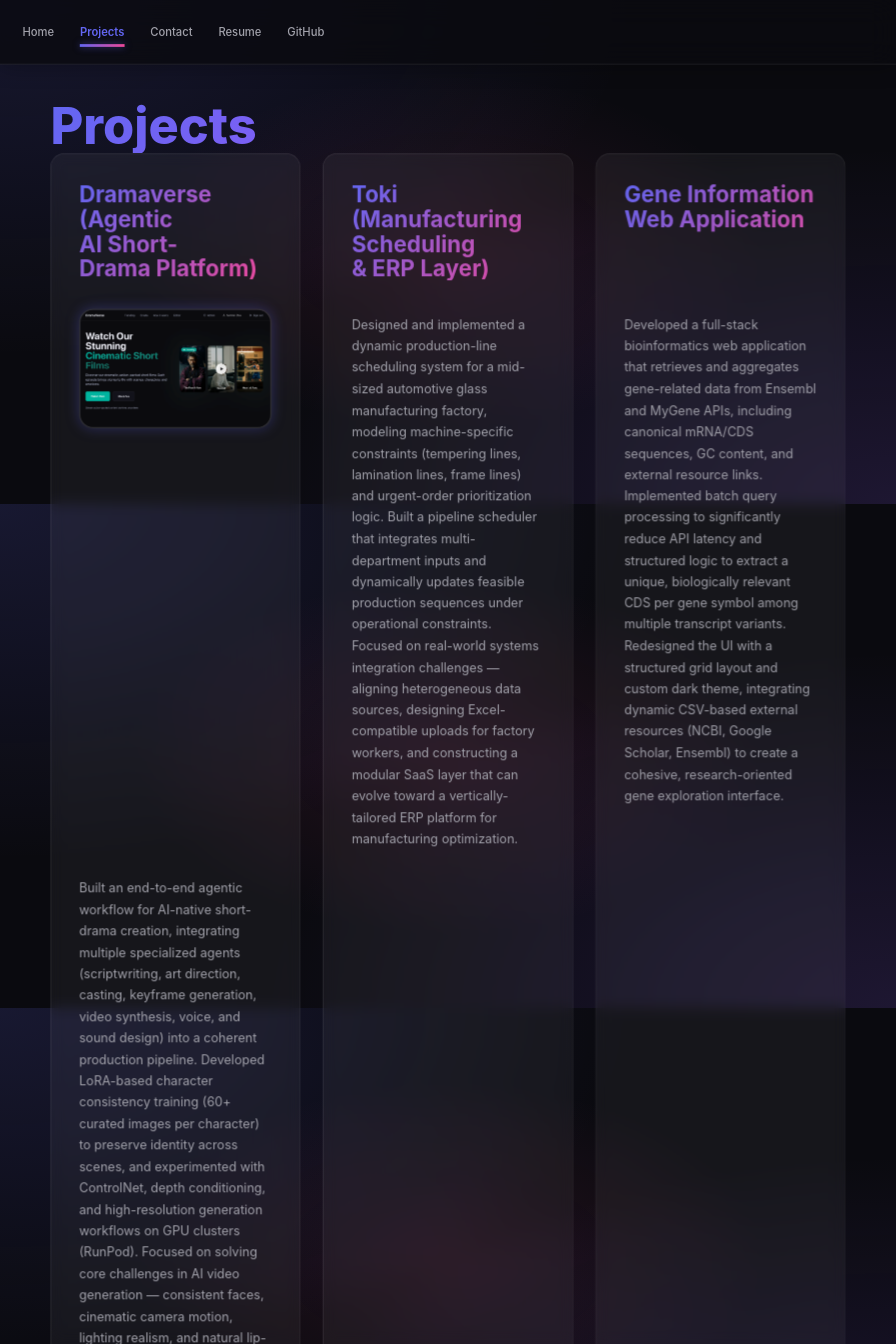
Repository: SummerZ27/personal-website
Page: projects/index.html
The author's editor kept a copy of each file at every save. The page is drawn from the files as they stood at one save, then again after the next save.
The browser window is 1280 px wide. The pictures show the part of the page from y = 0 to 1920 px (the page is 3231 px tall before and 3087 px after), at 70% of full size.
Backgrounds fixed to the window are drawn as part of the page.

Above is the page before, as saved 2026-02-13 13:38:49.

### projects/index.html
<!DOCTYPE html>
<html lang="en">
<head>
    <meta charset="UTF-8">
    <meta name="viewport" content="width=device-width, initial-scale=1.0">
    <title>Projects - Summer Zhou</title>
    <link rel="stylesheet" href="../style.css">
</head>
<body>
    <nav>
        <a href="../index.html">Home</a>
        <a href="index.html" class="current">Projects</a>
        <a href="../contact/index.html">Contact</a>
        <a href="../files/resume.pdf" target="_blank">Resume</a>
        <a href="https://github.com/SummerZ27" target="_blank">GitHub</a>
    </nav>

    <main>
        <h1>Projects</h1>

        <div class="projects">
        <section>
        <h2>Dramaverse (Agentic AI Short-Drama Platform)</h2>
        <img src="../images/dramaverse.png" alt="Dramaverse AI Short-Drama Platform interface">
        <p>Built an end-to-end agentic workflow for AI-native short-drama creation, integrating multiple specialized agents (scriptwriting, art direction, casting, keyframe generation, video synthesis, voice, and sound design) into a coherent production pipeline. Developed LoRA-based character consistency training (60+ curated images per character) to preserve identity across scenes, and experimented with ControlNet, depth conditioning, and high-resolution generation workflows on GPU clusters (RunPod). Focused on solving core challenges in AI video generation — consistent faces, cinematic camera motion, lighting realism, and natural lip-sync — aiming to move beyond "AI-slop" toward scalable, studio-quality storytelling.</p>
    </section>

    <section>
        <h2>Toki (Manufacturing Scheduling & ERP Layer)</h2>
        <p>Designed and implemented a dynamic production-line scheduling system for a mid-sized automotive glass manufacturing factory, modeling machine-specific constraints (tempering lines, lamination lines, frame lines) and urgent-order prioritization logic. Built a pipeline scheduler that integrates multi-department inputs and dynamically updates feasible production sequences under operational constraints. Focused on real-world systems integration challenges — aligning heterogeneous data sources, designing Excel-compatible uploads for factory workers, and constructing a modular SaaS layer that can evolve toward a vertically-tailored ERP platform for manufacturing optimization.</p>
    </section>

    <section>
        <h2>Gene Information Web Application</h2>
        <p>Developed a full-stack bioinformatics web application that retrieves and aggregates gene-related data from Ensembl and MyGene APIs, including canonical mRNA/CDS sequences, GC content, and external resource links. Implemented batch query processing to significantly reduce API latency and structured logic to extract a unique, biologically relevant CDS per gene symbol among multiple transcript variants. Redesigned the UI with a structured grid layout and custom dark theme, integrating dynamic CSV-based external resources (NCBI, Google Scholar, Ensembl) to create a cohesive, research-oriented gene exploration interface.</p>
    </section>

    <section>
        <h2>Time Series Forecasting via Modified Transformer Attention Mechanism</h2>
        <p>Conducted research on hierarchical revenue forecasting for a medical device company, replacing standard Transformer attention with a modified attention-on-attention mechanism to better capture multi-level temporal dependencies and cross-series coherence. Experimented with linear models, LSTMs, and baseline Transformers before introducing architectural changes that reweighted temporal features and enforced hierarchical consistency through customized loss functions (MSE, weighted aggregation loss). Evaluated performance across granular revenue levels, focusing on improving long-horizon forecast stability and ratio alignment across product hierarchies.</p>
    </section>
        </div>
    </main>
</body>
</html>

### style.css
/* Modern CSS Reset & Base Styles */
* {
    margin: 0;
    padding: 0;
    box-sizing: border-box;
}

:root {
    --primary-color: #6366f1;
    --secondary-color: #8b5cf6;
    --accent-color: #ec4899;
    --bg-dark: #0a0a0f;
    --bg-card: rgba(255, 255, 255, 0.05);
    --text-primary: #ffffff;
    --text-secondary: #a1a1aa;
    --border-color: rgba(255, 255, 255, 0.1);
    --shadow-glow: 0 0 20px rgba(99, 102, 241, 0.3);
}

body {
    font-family: -apple-system, BlinkMacSystemFont, 'Segoe UI', 'Roboto', 'Oxygen', 'Ubuntu', 'Cantarell', sans-serif;
    font-size: 18px;
    line-height: 1.7;
    color: var(--text-primary);
    background: var(--bg-dark);
    background-image:
        radial-gradient(at 0% 0%, rgba(99, 102, 241, 0.15) 0px, transparent 50%),
        radial-gradient(at 100% 100%, rgba(139, 92, 246, 0.15) 0px, transparent 50%),
        radial-gradient(at 50% 50%, rgba(236, 72, 153, 0.1) 0px, transparent 50%);
    background-attachment: fixed;
    min-height: 100vh;
    padding: 0;
    margin: 0;
    overflow-x: hidden;
    scroll-behavior: smooth;
}

/* Animated background particles effect */
body::before {
    content: '';
    position: fixed;
    top: 0;
    left: 0;
    width: 100%;
    height: 100%;
    background-image:
        radial-gradient(2px 2px at 20% 30%, rgba(99, 102, 241, 0.3), transparent),
        radial-gradient(2px 2px at 60% 70%, rgba(139, 92, 246, 0.3), transparent),
        radial-gradient(1px 1px at 50% 50%, rgba(236, 72, 153, 0.3), transparent),
        radial-gradient(1px 1px at 80% 10%, rgba(99, 102, 241, 0.2), transparent),
        radial-gradient(2px 2px at 90% 80%, rgba(139, 92, 246, 0.2), transparent);
    background-size: 200% 200%;
    animation: particleMove 20s ease-in-out infinite;
    pointer-events: none;
    z-index: 0;
    opacity: 0.6;
}

@keyframes particleMove {
    0%, 100% { background-position: 0% 0%, 100% 100%, 50% 50%, 80% 10%, 90% 80%; }
    50% { background-position: 100% 0%, 0% 100%, 50% 50%, 20% 90%, 10% 20%; }
}

/* Main content wrapper */
body > * {
    position: relative;
    z-index: 1;
}

/* Navigation Styles */
nav {
    background: rgba(10, 10, 15, 0.8);
    backdrop-filter: blur(20px);
    border-bottom: 1px solid var(--border-color);
    padding: 1.5rem 2rem;
    margin-bottom: 0;
    position: sticky;
    top: 0;
    z-index: 100;
    box-shadow: 0 4px 30px rgba(0, 0, 0, 0.3);
    max-width: 100%;
}

nav a {
    display: inline-block;
    margin-right: 2rem;
    text-decoration: none;
    color: var(--text-secondary);
    font-weight: 500;
    font-size: 1rem;
    position: relative;
    transition: all 0.3s ease;
    padding: 0.5rem 0;
}

nav a::after {
    content: '';
    position: absolute;
    bottom: 0;
    left: 0;
    width: 0;
    height: 2px;
    background: linear-gradient(90deg, var(--primary-color), var(--accent-color));
    transition: all 0.3s ease;
}

/* Current page styling */
nav a.current {
    color: var(--primary-color);
    font-weight: 600;
}

nav a.current::after {
    width: 100%;
    height: 4px;
    background: linear-gradient(90deg, var(--primary-color), var(--accent-color));
    box-shadow: 0 0 10px rgba(99, 102, 241, 0.5);
}

/* Hover effects for non-current links */
nav a:not(.current):hover {
    color: var(--text-primary);
    transform: translateY(-2px);
}

nav a:not(.current):hover::after {
    width: 100%;
    height: 3px;
    box-shadow: 0 0 8px rgba(99, 102, 241, 0.4);
}

/* Hover effect for current page (subtle) */
nav a.current:hover {
    color: var(--accent-color);
    transform: translateY(-1px);
}

nav a.current:hover::after {
    height: 4px;
    box-shadow: 0 0 15px rgba(236, 72, 153, 0.6);
}

/* Container */
main {
    max-width: 1200px;
    margin: 0 auto;
    padding: 3rem 2rem 2rem 2rem;
}

/* Header Section */
.header-section {
    display: flex;
    align-items: center;
    justify-content: space-between;
    gap: 2rem;
    margin-bottom: 2rem;
    flex-wrap: wrap;
}

/* Typography */
h1, h2, h3, h4, h5, h6 {
    line-height: 1.1;
    text-wrap: balance;
}

h1 {
    font-size: 400%;
    font-weight: 800;
    background: linear-gradient(135deg, var(--primary-color), var(--secondary-color), var(--accent-color));
    -webkit-background-clip: text;
    -webkit-text-fill-color: transparent;
    background-clip: text;
    margin-bottom: 0;
    animation: fadeInUp 0.8s ease;
    flex: 1;
    min-width: 300px;
}

h2 {
    font-size: 2rem;
    font-weight: 700;
    color: var(--text-primary);
    margin-bottom: 1rem;
    background: linear-gradient(135deg, var(--primary-color), var(--accent-color));
    -webkit-background-clip: text;
    -webkit-text-fill-color: transparent;
    background-clip: text;
}

h3 {
    font-size: 1.5rem;
    font-weight: 600;
    color: var(--text-primary);
    margin-bottom: 0.75rem;
}

p {
    color: var(--text-secondary);
    margin-bottom: 1.5rem;
    animation: fadeIn 1s ease;
}

/* Image Styles */
img {
    max-width: 100%;
    width: 100%;
    height: auto;
    border-radius: 20px;
    box-shadow: var(--shadow-glow);
    margin: 0;
    transition: all 0.4s ease;
    border: 2px solid var(--border-color);
    animation: fadeInScale 1s ease;
    flex-shrink: 0;
}

.header-section img {
    max-width: 350px;
}

img:hover {
    transform: scale(1.05) rotate(2deg);
    box-shadow: 0 0 40px rgba(99, 102, 241, 0.5);
}

/* Section Styles */
section {
    background: var(--bg-card);
    backdrop-filter: blur(10px);
    border: 1px solid var(--border-color);
    border-radius: 20px;
    padding: 2.5rem;
    margin-bottom: 2rem;
    transition: all 0.4s ease;
    position: relative;
    overflow: hidden;
    animation: fadeInUp 0.6s ease;
}

section::before {
    content: '';
    position: absolute;
    top: 0;
    left: -100%;
    width: 100%;
    height: 100%;
    background: linear-gradient(90deg, transparent, rgba(99, 102, 241, 0.1), transparent);
    transition: left 0.5s ease;
}

section:hover {
    transform: translateY(-5px);
    border-color: var(--primary-color);
    box-shadow: 0 10px 40px rgba(99, 102, 241, 0.2);
}

section:hover::before {
    left: 100%;
}

section h2 {
    margin-top: 0;
    margin-bottom: 0;
}

/* Projects Grid Layout */
.projects {
    display: grid;
    grid-template-columns: repeat(auto-fit, minmax(320px, 1fr));
    gap: 2rem;
}

.projects section {
    display: grid;
    grid-template-rows: subgrid;
    grid-row: span 3;
    margin-bottom: 0;
}

.projects section h2 {
    margin-bottom: 0.5rem;
}

.projects section img {
    margin-bottom: 0;
    margin-top: 0;
}

.projects section p {
    margin-top: 0.5rem;
    margin-bottom: 0;
}

/* Article Styles */
article {
    margin-bottom: 2rem;
    padding: 1.5rem;
    background: rgba(255, 255, 255, 0.02);
    border-radius: 15px;
    border-left: 3px solid var(--primary-color);
    transition: all 0.3s ease;
}

article:hover {
    background: rgba(255, 255, 255, 0.05);
    transform: translateX(5px);
}

/* List Styles */
ul {
    list-style: none;
    padding-left: 0;
}

ul li {
    padding: 0.75rem 0;
    padding-left: 1.5rem;
    position: relative;
    color: var(--text-secondary);
}

ul li::before {
    content: '▹';
    position: absolute;
    left: 0;
    color: var(--primary-color);
    font-weight: bold;
}

/* Form Styles */
form {
    display: grid;
    grid-template-columns: auto 1fr;
    gap: 1em;
    background: var(--bg-card);
    backdrop-filter: blur(10px);
    border: 1px solid var(--border-color);
    border-radius: 20px;
    padding: 2.5rem;
    margin-top: 2rem;
    animation: fadeInUp 0.6s ease;
}

label {
    display: grid;
    grid-template-columns: subgrid;
    grid-column: 1 / -1;
    color: var(--text-primary);
    font-weight: 500;
    font-size: 1rem;
    align-items: center;
}

input[type="email"],
input[type="text"],
textarea {
    width: 100%;
    padding: 1rem;
    background: rgba(255, 255, 255, 0.05);
    border: 2px solid var(--border-color);
    border-radius: 10px;
    color: var(--text-primary);
    font-size: 1rem;
    font-family: inherit;
    transition: all 0.3s ease;
}

input[type="email"]:focus,
input[type="text"]:focus,
textarea:focus {
    outline: none;
    border-color: var(--primary-color);
    background: rgba(255, 255, 255, 0.08);
    box-shadow: 0 0 20px rgba(99, 102, 241, 0.3);
    transform: translateY(-2px);
}

textarea {
    min-height: 150px;
    resize: vertical;
}

button {
    grid-column: 1 / -1;
    background: linear-gradient(135deg, var(--primary-color), var(--secondary-color));
    color: white;
    border: none;
    padding: 1rem 2.5rem;
    font-size: 1.1rem;
    font-weight: 600;
    border-radius: 10px;
    cursor: pointer;
    transition: all 0.3s ease;
    box-shadow: 0 4px 15px rgba(99, 102, 241, 0.4);
    text-transform: uppercase;
    letter-spacing: 1px;
    justify-self: start;
}

button:hover {
    transform: translateY(-3px);
    box-shadow: 0 6px 25px rgba(99, 102, 241, 0.6);
    background: linear-gradient(135deg, var(--secondary-color), var(--accent-color));
}

button:active {
    transform: translateY(-1px);
}

/* Time element */
time {
    color: var(--accent-color);
    font-weight: 500;
    font-style: normal;
}

/* Animations */
@keyframes fadeIn {
    from {
        opacity: 0;
    }
    to {
        opacity: 1;
    }
}

@keyframes fadeInUp {
    from {
        opacity: 0;
        transform: translateY(30px);
    }
    to {
        opacity: 1;
        transform: translateY(0);
    }
}

@keyframes fadeInScale {
    from {
        opacity: 0;
        transform: scale(0.9);
    }
    to {
        opacity: 1;
        transform: scale(1);
    }
}

/* Stagger animations for sections */
section:nth-child(1) { animation-delay: 0.1s; }
section:nth-child(2) { animation-delay: 0.2s; }
section:nth-child(3) { animation-delay: 0.3s; }
section:nth-child(4) { animation-delay: 0.4s; }

/* Responsive Design */
@media (max-width: 768px) {
    body {
        padding: 1rem;
    }

    nav {
        padding: 1rem;
        text-align: center;
    }

    nav a {
        display: block;
        margin: 0.5rem 0;
        margin-right: 0;
    }

    .header-section {
        flex-direction: column;
        align-items: flex-start;
    }

    h1 {
        font-size: 2.5rem;
        margin-bottom: 1.5rem;
    }

    .header-section img {
        max-width: 300px;
        align-self: center;
    }

    h2 {
        font-size: 1.5rem;
    }

    section {
        padding: 1.5rem;
    }

    img {
        max-width: 100%;
    }
}

/* Scrollbar Styling */
::-webkit-scrollbar {
    width: 10px;
}

::-webkit-scrollbar-track {
    background: var(--bg-dark);
}

::-webkit-scrollbar-thumb {
    background: linear-gradient(180deg, var(--primary-color), var(--accent-color));
    border-radius: 5px;
}

::-webkit-scrollbar-thumb:hover {
    background: linear-gradient(180deg, var(--secondary-color), var(--primary-color));
}

After the next save:
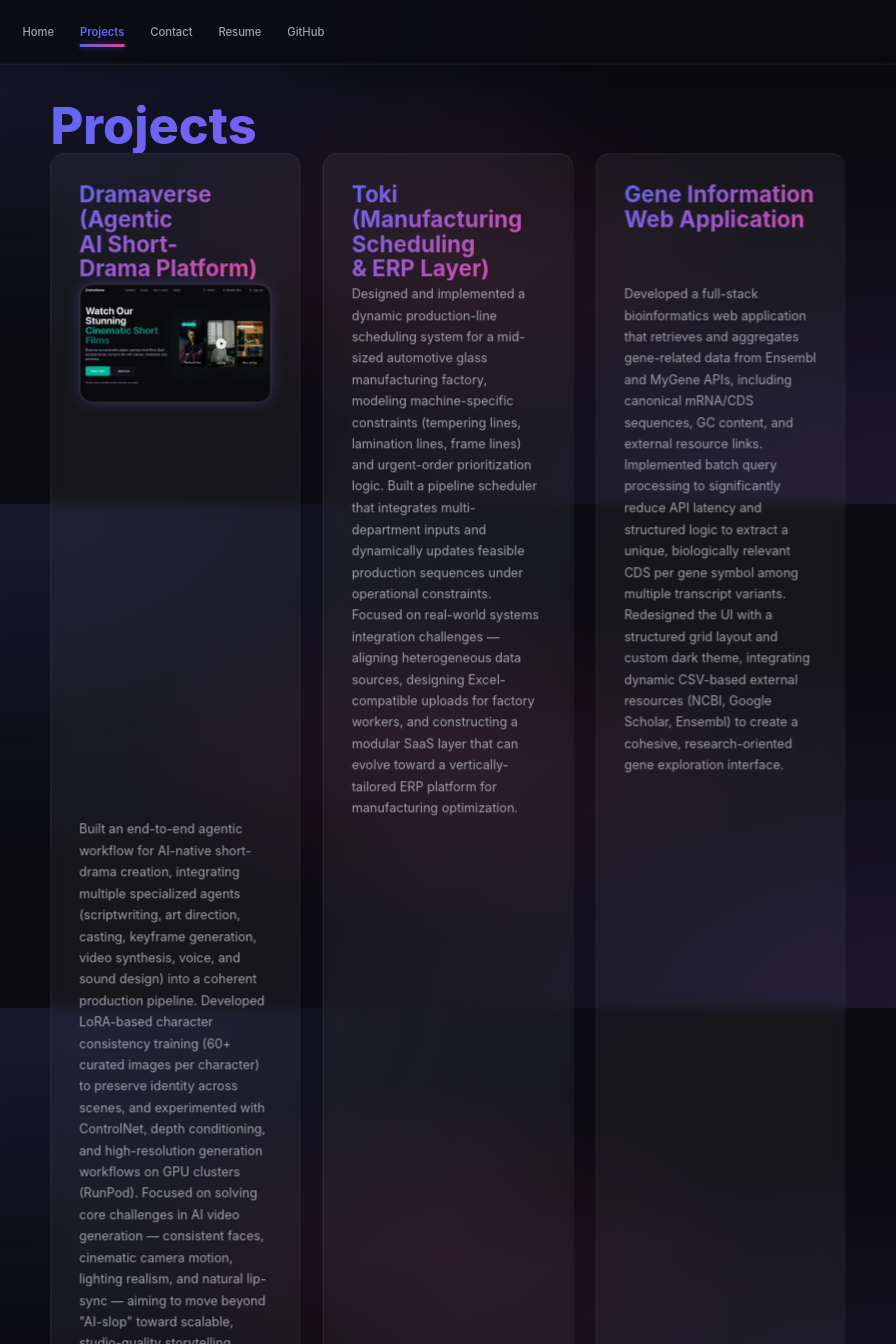
Saved 27 s later.
--- a/style.css
+++ b/style.css
@@ -275,20 +275,19 @@ section h2 {
     grid-template-rows: subgrid;
     grid-row: span 3;
     margin-bottom: 0;
+    row-gap: 0;
 }
 
 .projects section h2 {
-    margin-bottom: 0.5rem;
+    margin-bottom: 0.25rem;
 }
 
 .projects section img {
-    margin-bottom: 0;
-    margin-top: 0;
+    margin: 0;
 }
 
 .projects section p {
-    margin-top: 0.5rem;
-    margin-bottom: 0;
+    margin: 0;
 }
 
 /* Article Styles */
